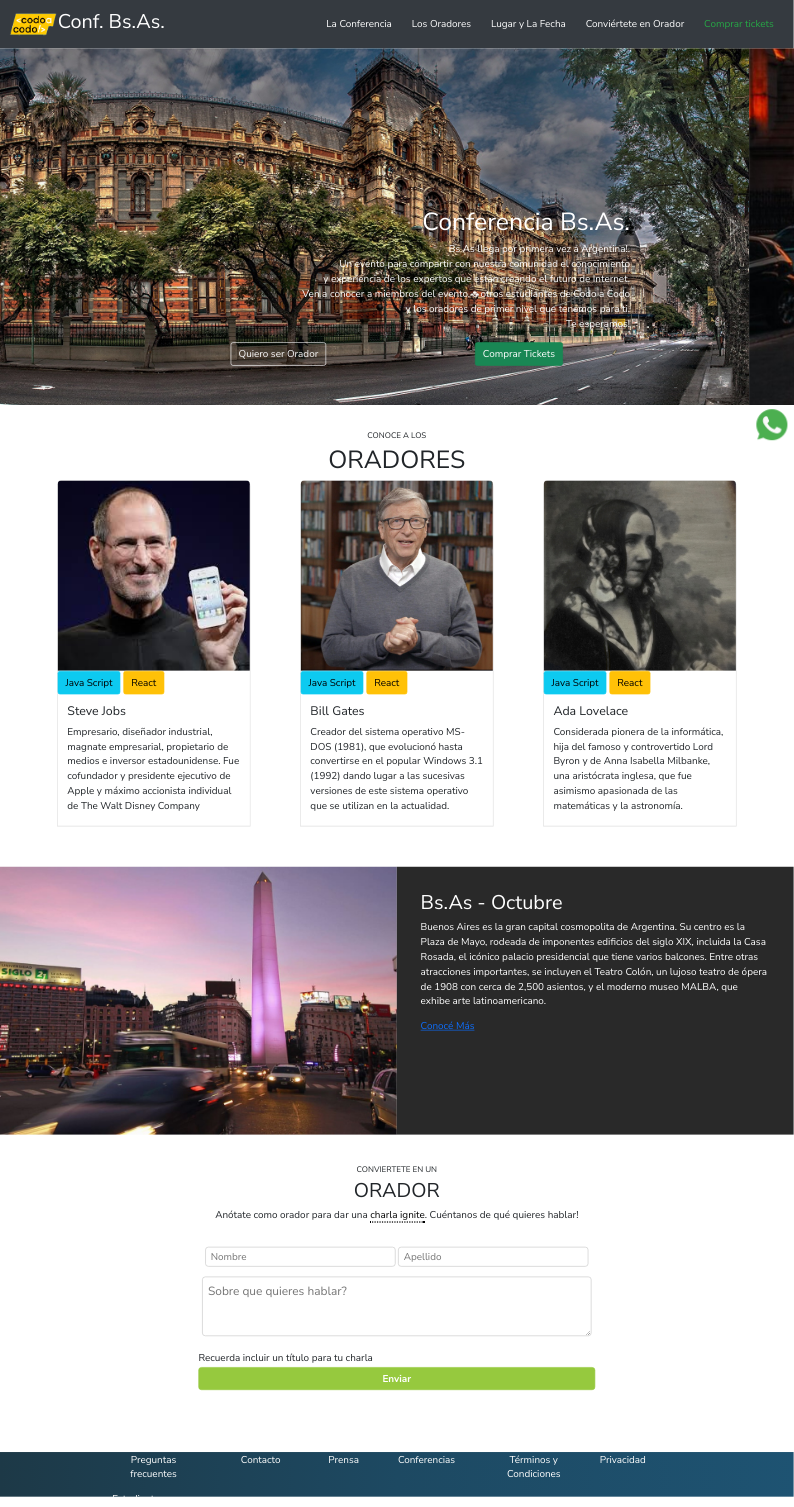
Repository: Melire/trabajo-final-BS
Page: index.html
An editor plug-in stored every save of this project. The page is shown before and after a run of saves, followed by the edit.
The browser window is 1280 px wide. The pictures show the whole page, at 62% of full size.

Above is the page before, as saved 2023-05-10 16:46:47.

### index.html
<!DOCTYPE html>
<html lang="es">

<head>
    <meta charset="UTF-8">
    <meta http-equiv="X-UA-Compatible" content="IE=edge">
    <meta name="viewport" content="width=device-width, initial-scale=1.0">
    <title>Proyecto Melisa Renovales Wolcan</title>
    <link rel="shortcut icon" href="favicon.ico" type="image/x-icon">
    <link href="https://cdn.jsdelivr.net/npm/bootstrap@5.0.2/dist/css/bootstrap.min.css" rel="stylesheet"
        integrity="sha384-EVSTQN3/azprG1Anm3QDgpJLIm9Nao0Yz1ztcQTwFspd3yD65VohhpuuCOmLASjC" crossorigin="anonymous">
    <link rel="stylesheet" href="./css/estilos3.css">

</head>

<body>
    <header class="header">
        <div class="headerNav">
            <div class="contenedorLogo">
                <a href="https://www.buenosaires.gob.ar/educacion/codo-codo" target="_blank">
                    <img src="./assets/img/codoacodo.png" alt="Logo">
                </a>
                <h2>Conf. Bs.As.</h2>
            </div>
            <!--barra de navegacion BS-->
            <nav>
                <ul class="nav">
                    <li class="nav-item">
                        <a class="nav-link active" aria-current="page" href="#laConferencia">La Conferencia</a>
                    </li>
                    <li class="nav-item">
                        <a class="nav-link" href="#losOradores">Los Oradores</a>
                    </li>
                    <li class="nav-item">
                        <a class="nav-link" href="#lugarYfecha">Lugar y La Fecha</a>
                    </li>
                    <li class="nav-item">
                        <a class="nav-link" href="#convierteteEnOrador">Conviértete en Orador</a>
                    </li>
                    <a class="nav-link color" href="./pages/comprar_tickets.html">Comprar tickets</a>
                    </li>
                </ul>
            </nav>

        </div>
        <!--comportamientos carrousel BS-->
        <section id="laConferencia" class="contenedorCarousel">
            <div id="carouselExampleCaptions" class="carousel slide" data-bs-ride="carousel">
                <div class="carousel-indicators">
                    <div class="carouselNone">
                        <button type="button" data-bs-target="#carouselExampleCaptions" data-bs-slide-to="0"
                            class="active" aria-current="true" aria-label="Slide 1"></button>
                        <button type="button" data-bs-target="#carouselExampleCaptions" data-bs-slide-to="1"
                            aria-label="Slide 2"></button>
                        <button type="button" data-bs-target="#carouselExampleCaptions" data-bs-slide-to="2"
                            aria-label="Slide 3"></button>
                    </div>

                    <!--botones carrousel-->
                    <nav class="container">
                        <div class="botonesCabecera">
                            <a href="#convierteteEnOrador" button type="button" class="btn btn-outline-light">Quiero ser
                                Orador</a>
                            <a href="./pages/comprar_tickets.html" button type="button" class="btn btn-success">Comprar
                                Tickets</a>
                        </div>
                    </nav>
                </div>
                <!--textos y fotos carrousel BS-->
                <div class="carousel-inner">
                    <div class="carousel-item active">
                        <img src="./assets/img/ba1.jpg" class="d-block w-100" alt="Palacio del agua">
                        <div class="carousel-caption d-none d-md-block">
                            <h5 class="texto"> Conferencia Bs.As.</h5>
                            <p> Bs As llega por primera vez a Argentina!.<br /> Un evento para compartir con nuestra
                                comunidad el conocimiento<br /> y experiencia de los expertos que están creando el
                                futuro de Internet.<br />
                                Ven a conocer a miembros del evento, a otros estudiantes de Codo a Codo<br /> y los
                                oradores de primer nivel que tenemos para ti.<br />Te esperamos!</p>
                        </div>
                    </div>
                    <div class="carousel-item">
                        <img src="./assets/img/ba2.jpg" class="d-block w-100" alt="obelisco">
                        <div class="carousel-caption d-none d-md-block">
                            <h5 class="texto">Paseos en bus</h5>
                            <p>Tenemos la mejor selección de tours en español en Argentina<br />
                                ¡y al mejor precio! Descubre todo lo que puedes hacer en la Ciudad de Buenos
                                Aires!<br />
                                Veni a conocer un mágico Buenos Aires<br /> Te invitamos a conocer las costumbres y
                                gastronomía de la vida porteña de antaño</p>
                        </div>
                    </div>
                    <div class="carousel-item">
                        <img src="./assets/img/ba3.jpg" class="d-block w-100" alt="Diagonal sur">
                        <div class="carousel-caption d-none d-md-block">
                            <h5 class="texto">Visitas guiadas en edificios históricos</h5>
                            <p>En nuestras caminatas guiadas,<br /> recorremos los edificios mas hermosos de la
                                ciudad,<br /> llenos de histrorias y misterios.<br /> No te lo pierdas!</p>
                        </div>
                    </div>
                </div>
                <button class="carousel-control-prev" type="button" data-bs-target="#carouselExampleCaptions"
                    data-bs-slide="prev">
                    <span class="carousel-control-prev-icon" aria-hidden="true"></span>
                    <span class="visually-hidden">Previous</span>
                </button>
                <button class="carousel-control-next" type="button" data-bs-target="#carouselExampleCaptions"
                    data-bs-slide="next">
                    <span class="carousel-control-next-icon" aria-hidden="true"></span>
                    <span class="visually-hidden">Next</span>
                </button>
            </div>
        </section>
    </header>
    <!--Oradores BS-->
    <main>
        <section id="losOradores" class="sectionOradores">
            <h2 class="tituloRadores"><span class=tituloCh>CONOCE A LOS</span> <br> ORADORES</h2>
            <div class="padreCards">
                <div class="row row-cols-1 row-cols-md-3 g-4">
                    <div class="col">
                        <div class="card h-100">
                            <img src="./assets/img/steve.jpg" class="card-img-top" alt="Steve Jobs">
                            <div class="buttonsCard">
                                <button type="button" class="btn btn-info">Java Script</button>
                                <button type="button" class="btn btn-warning">React</button>
                            </div>

                            <div class="card-body">
                                <h5 class="card-title">Steve Jobs</h5>
                                <p class="card-text">Empresario, diseñador industrial, magnate empresarial, propietario
                                    de medios e inversor
                                    estadounidense. Fue cofundador y presidente ejecutivo de Apple​ y máximo accionista
                                    individual de The Walt Disney Company</p>
                            </div>
                        </div>
                    </div>
                    <div class="col">
                        <div class="card h-100">
                            <img src="./assets/img/bill.jpg" class="card-img-top" alt="Bill Gates">
                            <div class="buttonsCard">
                                <button type="button" class="btn btn-info">Java Script</button>
                                <button type="button" class="btn btn-warning">React</button>
                            </div>
                            <div class="card-body">
                                <h5 class="card-title">Bill Gates</h5>
                                <p class="card-text">Creador del sistema operativo MS-DOS (1981), que evolucionó hasta
                                    convertirse en el popular
                                    Windows 3.1 (1992) dando lugar a las sucesivas versiones de este sistema operativo
                                    que se
                                    utilizan en la actualidad.</p>
                            </div>
                        </div>
                    </div>
                    <div class="col">
                        <div class="card h-100">
                            <img src="./assets/img/ada.jpeg" class="card-img-top" alt="Ada Lovelace">
                            <div class="buttonsCard">
                                <button type="button" class="btn btn-info">Java Script</button>
                                <button type="button" class="btn btn-warning">React</button>
                            </div>
                            <div class="card-body">
                                <h5 class="card-title">Ada Lovelace</h5>
                                <p class="card-text">Considerada pionera de la informática, hija del famoso y
                                    controvertido Lord Byron y de Anna
                                    Isabella Milbanke, una aristócrata inglesa, que fue asimismo apasionada de las
                                    matemáticas y
                                    la astronomía.</p>
                            </div>
                        </div>
                    </div>
                </div>
            </div>
        </section>
        <section id="lugarYfecha" class="container-fluid">
            <div class="row">
                <div class="col-sm-12 col-md-6 colIzq">

                </div>
                <div class="col-sm-12 col-md-6 colDer">
                    <h2>Bs.As - Octubre</h2>
                    <p>Buenos Aires es la gran capital cosmopolita de Argentina. Su centro es la Plaza de Mayo, rodeada
                        de imponentes edificios del siglo XIX, incluida la Casa Rosada, el icónico palacio presidencial
                        que tiene varios balcones. Entre otras atracciones importantes, se incluyen el Teatro Colón, un
                        lujoso teatro de ópera de 1908 con cerca de 2,500 asientos, y el moderno museo MALBA, que exhibe
                        arte latinoamericano.</p>
                    <a class="boton1" href="">Conocé Más</a>
                </div>
        </section>
        <section id="convierteteEnOrador" class="formularioOrador">
            <h2><span class="tituloCh"> CONVIERTETE EN UN </span> <br> ORADOR</h2>
            <p>Anótate como orador para dar una <a href="" class="charla">charla ignite</a>.
                Cuéntanos de qué quieres hablar!</p>
            <br>
            <form action="" autocomplete="on">
                <div>
                    <input class="inputNA" type="text" placeholder="Nombre" required>
                    <input class="inputNA" type="text" placeholder="Apellido" required>
                </div>
                <div>
                    <textarea class="textArea" name="" id="" cols="44" rows="6" placeholder="Sobre que quieres hablar?"
                        required></textarea>
                </div>
                <p class="finalForm">Recuerda incluir un título para tu charla</p>
                <div>
                    <input type="submit" value="Enviar" class="formSubmit">
                </div>
            </form>
        </section>
    </main>
    <!--footer BS-->
    <footer class="footer container-fluid mt-5">
        <div class="contenedorFooter row text-center gap-3 w-75 h-100 mx-auto">
            <a class="col-sm-12 col-md-2" href="#Preguntas frecuentes">Preguntas frecuentes</a>
            <a class="col-sm-12 col-md-2" href="#contacto">Contacto</a>
            <a class="col-sm-12 col-md-1" href="#prensa">Prensa</a>
            <a class="col-sm-12 col-md-2" href="#conferencias">Conferencias</a>
            <a class="col-sm-12 col-md-2" href="#condiciones">Términos y Condiciones</a>
            <a class="col-sm-12 col-md-1" href="#privacidad">Privacidad</a>
            <a class="col-sm-12 col-md-1" href="#estudiantes">Estudiantes</a>
        </div>
        <a href=""><img class="wsp" src="./assets/img/whatsapp.png" alt="what"></a>
    </footer>
    <script src="https://cdn.jsdelivr.net/npm/bootstrap@5.0.2/dist/js/bootstrap.bundle.min.js"
        integrity="sha384-MrcW6ZMFYlzcLA8Nl+NtUVF0sA7MsXsP1UyJoMp4YLEuNSfAP+JcXn/tWtIaxVXM"
        crossorigin="anonymous"></script>
</body>

</html>

### css/estilos3.css
@import url('https://fonts.googleapis.com/css2?family=Nunito+Sans:wght@400;600;700&display=swap');

* {
    margin: 0;
    padding: 0;
    box-sizing: border-box;
}

body {
    font-family: 'Nunito Sans', sans-serif;
}

.header {
    margin-bottom: 1rem;
}

.headerNav {
    background-color: rgb(53, 58, 64);
    display: flex;
    flex-wrap: wrap;
    justify-content: space-between;
    padding: 1rem 1rem;
    align-items: center;
}
.contenedorLogo {
    width: 20%;
    display: flex;
    align-items: center;
    justify-content: space-between;
}

.contenedorLogo a {
    display: inline-block;
    width: 30%;
}

.contenedorLogo img {
    width: 100%;
    object-fit: cover;
}

.contenedorLogo h2 {
    color: white;
}

.nav-link {
    color: white;
}

.color {
    color: rgb(39, 167, 70);
}

.contenedorCarousel {
    width: 100%;
    height: 80vh;
}

.contenedorCarousel img {
    height: 80vh;
    object-fit: cover;
}

.contenedorCarousel p {
    text-align:right;
    text-shadow: #000000;
    margin-bottom: 5rem;
}

.texto {
    font-size: 2.5rem;
    text-align: right;
}
.botonesCabecera {
    display:flex;
    flex-direction:row;
    justify-content: space-around;
    align-items: end;
   padding:3rem ;
}

.carouselNone
{
    display: none;
  }
.sectionOradores h2 {
    text-align: center;
}

.tituloCh {
    font-size: small;
}

.tituloRadores {
    font-size: 2.5rem;
}
.padreCards {
    width: 90%;
    margin: 0 auto;
    justify-content: center;
    align-items: center;
    flex-wrap: wrap;
    height: 90vh;

}
.card{

    width: 85%;
    margin: 0 auto;
    height: 90vh;
    column-gap: 4%;
    border-radius: 2% 2% 0px 0px;
}
.card img {

    height: 55%;
    border-radius: 2% 2% 0px 0px;

}

.buttonsCard{
color: white;
}
.colIzq {
    background-image: url("../assets/img/obelisco.jpg");
    background-size: cover;
    background-position: center;
    background-repeat: no-repeat;
    height: 60vh;
}

.colDer {
    background-color: rgb(41, 41, 41);
    color: white;
    height: 60vh;
    padding: 3%;
}

.formularioOrador {
    width: 50%;
    height: 60vh;
    margin: 2rem auto;
    text-align: center;
}

.formularioTicket {
    display: flex;
    width: 80%;
    height: 80vh;
    margin: 2rem auto;
    text-align: center;
    align-items: center;
    flex-direction: column;
}

.radio {
    text-align: left;
    padding: 5rem auto;
    font-size: 1rem;

}

.charla {
    text-decoration: none;
    color: black;
    border-bottom: 2px dotted black;
}

.inputNA {
    width: 48%;

    height: 2rem;
    margin-bottom: 1rem;
    border-radius: 5px;
    border: 1px solid rgb(198, 198, 198);
    padding-left: 0.5rem;
}

.textArea {
    width: 98%;
    height: 6rem;
    margin-bottom: 1rem;
    border-radius: 5px;
    border: 1px solid rgb(198, 198, 198);
    font-size: 1.2rem;
    padding: 0.5rem;
}

.finalForm {
    display: flex;
    text-align: left;
    font-size: smaller5;
    margin-bottom: 0.2rem;
}

.formSubmit {
    width: 100%;
    height: 2.3rem;
    border-radius: 5px;
    border: 1px solid rgb(150, 201, 62);
    background-color: rgb(150, 201, 62);
    color: white;
    font-weight: bold;
    font-size: 1rem;
    cursor: pointer;
    margin-bottom: 1rem;
}

.formSubmitb {
    width: 50%;
    height: 2rem;
    border-radius: 5px;
    border: 1px solid rgb(88, 88, 88);
    background-color: rgb(88, 88, 88);
    color: white;
    font-weight: bold;
    font-size: 1rem;
    cursor: pointer;
    margin-bottom: 1rem;

}

.wsp {
    position: fixed;
    bottom: 10px;
    right: 10px;
    width: 50px;
}

.footer {
    background: linear-gradient(to right, #1d3947, #1d4962, #1e5372);
    height: 10vh;
}

.contenedorFooter {
    width: 70%;
    height: 100%;
    margin: 0 auto;
}

.contenedorFooter a {
    color: white;
    text-decoration: none;
    font-size: 1 rem;
}

/*vamos a cargar ahora el diseño para celular*/
/*0 - 567px  */
/*
@media screen and (max-width: 567px) {
    .headerNav {
        background-color: rgb(56, 56, 56);
        flex-direction: column;
        align-items: center;
        justify-content: center;
        height: initial;
        padding: 1rem;
    }

    .contenedorLogo {
        width: 70%;
    }

    .contenedorLogo img {
        width: 70%;
        object-fit: cover;
    }

    .listaNav {
        flex-direction: column;
        align-items: center;
        justify-content: center;
        width: 100%;
    }

    .laConferencia {
        height: 60%;
        background: url("../assets/img/madero.jpg");
        background-size: cover;
        background-position: center;
        background-repeat: no-repeat;
        padding-right: initial;
        align-items: center;
        justify-content: center;

    }

    .contenedorTextConf {
        background: linear-gradient(to bottom, #000000c2, #000000c2);
        width: 100%;
        text-align: center;
        font-size: small;
    }

    .escritorio {
        display: none;
    }

    .padreCards {
        width: 90%;
        height: initial;
    }

    .card {
        border: 1px solid rgb(207, 202, 202);
        width: 300px;
        height: 90%;
        border-radius: 2%;
        margin-bottom: 1rem;
    }

    .colIzq {
        height: 30vh;
    }

    .colDer {
        height: 50vh;
        font-size: small;
    }

    .formularioOrador {
        height: initial;
    }

    .formularioTicket {
        height: initial;
    }

    .footer {
        height: initial;
        padding: 30px;
    }

    .wsp {
        position: fixed;
        bottom: 20px;
        right: 10px;
        width: 30px;
    }
}
/*

@media screen and (min-width: 568px) and (max-width:767px) {
    .headerNav {
        flex-direction: column;
        align-items: center;
        justify-content: center;
        height: initial;
        padding: 1rem 1rem;

    }

    .contenedorLogo {
        width: 50%;
    }

    .navegacion {
        width: 100%;
    }

    .listaNav {
        width: 100%;
        justify-content: space-evenly;
    }

    .linkNav {
        font-size: 1rem;
    }

    .contenedorTextConf {
        width: 90%;
    }

    .tituloRadores {
        margin-top: 4rem;
    }

    .padreCards {
        width: 90%;
        height: initial;
    }

    .card {
        border: 1px solid rgb(207, 202, 202);
        width: 300px;
        height: 90%;
        border-radius: 2%;
        margin-bottom: 1rem;
    }

    .lugarFecha {
        display: flex;
        align-items: center;
        height: 70vh;
        color: rgb(253, 253, 253);
        font-size: small;
        background: linear-gradient(to bottom, #00000026, #000000c2, #00000026), url("../assets/img/obelisco.jpg");
        background-size: cover;
        background-position: center;
        background-repeat: no-repeat;
    }

    .left {
        display: none;
    }

    .right {
        width: 100%;
        border-left: 1px solid white;
        padding: 2%;
    }

    .right h2 {
        margin-bottom: 1rem;
    }

    .right p {
        margin-bottom: 1rem;
        line-height: 1.7;
    }

    .formularioOrador {
        height: initial;
    }

    .formularioTicket {
        height: initial;
    }

    .wsp {
        position: fixed;
        bottom: 20px;
        right: 10px;
        width: 30px;
    }

    .contenedorFooter {
        width: 70%;
        height: 100%;
        margin: 0 auto;
        display: flex;
        justify-content: space-evenly;
        align-items: flex-start;
    }

    .contenedorFooter a {
        color: white;
        text-decoration: none;
        font-size: small;
        padding: 0.3rem;
        align-items: flex-start;
    }
}






@media screen and (min-width: 768px) and (max-width:991px) {

    .headerNav {
        flex-direction: column;
        align-items: center;
        justify-content: center;
        height: initial;
        padding: 1rem 1rem;

    }

    .contenedorLogo {
        width: 50%;
    }

    .navegacion {
        width: 100%;
    }

    .listaNav {
        width: 100%;
        justify-content: space-evenly;
    }

    .linkNav {
        font-size: 1.2rem;
    }

    .contenedorTextConf {
        width: 90%;
    }

    .tituloRadores {
        margin-top: 5rem;
    }

    .padreCards {
        width: 90%;
        height: initial;

    }

    .card {
        border: 1px solid rgb(207, 202, 202);
        width: 300px;
        height: 90%;
        border-radius: 2%;
        margin-bottom: 1rem;
    }

    .lugarFecha {
        display: flex;
        align-items: stretch;
        height: 60vh;
        background-color: rgb(41, 41, 41);
        color: white;
        font-size: small;

    }

    .formularioOrador {
        height: initial;
    }

    .formularioTicket {
        height: initial;
    }

    .wsp {
        position: fixed;
        bottom: 40px;
        right: 20px;
        width: 30px;
    }

    .contenedorFooter a {
        color: white;
        text-decoration: none;
        padding: 1rem;
        align-items: flex-start;
    }

}

@media screen and (min-width: 992px) and (max-width:1299px) {
    .headerNav {
        padding: 1rem 1rem;
    }

    .contenedorLogo {
        width: 20%;
    }

    .navegacion {
        margin-left: 20px;
        width: 65%;
    }

    .padreCards {
        width: 90%;
        height: initial;
    }

    .card {
        margin-bottom: 1rem;
    }

    .lugarFecha {
        font-size: small;

    }

    .formularioOrador {
        height: initial;
    }

    .formularioTicket {
        height: initial;
    }

    .wsp {
        position: fixed;
        bottom: 40px;
        right: 20px;
        width: 40px;
    }

    .contenedorFooter a {
        color: white;
        text-decoration: none;
        padding: 1rem;
        align-items: flex-start;
    }

}

/*
@media screen and (min-width: 1300px) and (max-width:1399px) {
    .headerNav {
        background-color: rgb(229, 255, 0);
        padding: 1rem 1rem;
    }

    .contenedorLogo {
        width: 20%;
    }

    .navegacion {
        margin-left: 20px;
        width: 65%;
    }

    .padreCards {
        width: 90%;
        height: initial;
    }

    .card {
        margin-bottom: 1rem;
    }

    .lugarFecha {
        font-size: small;

    }

    .formularioOrador {
        height: initial;
    }
    .formularioTicket {
        height: initial;
    }
    .wsp {
        position: fixed;
    bottom:40px;
        right: 20px;
        width: 40px;
    }

    .contenedorFooter {
        width: 70%;
        height: 100%;
        margin: 0 auto;
        display: flex;
        justify-content: space-evenly;

    }

    .contenedorFooter a {
        color: white;
        text-decoration: none;
        padding: 1rem;
        align-items: flex-start;
    }
}

/*otra opcion
/*celulares
@media screen and (max-width: 767px){

}
/*algunas tablets y notebook
@media screen and (min-width: 768px) and (max-width:1399px) {

}

*/

After the next 4 saves:
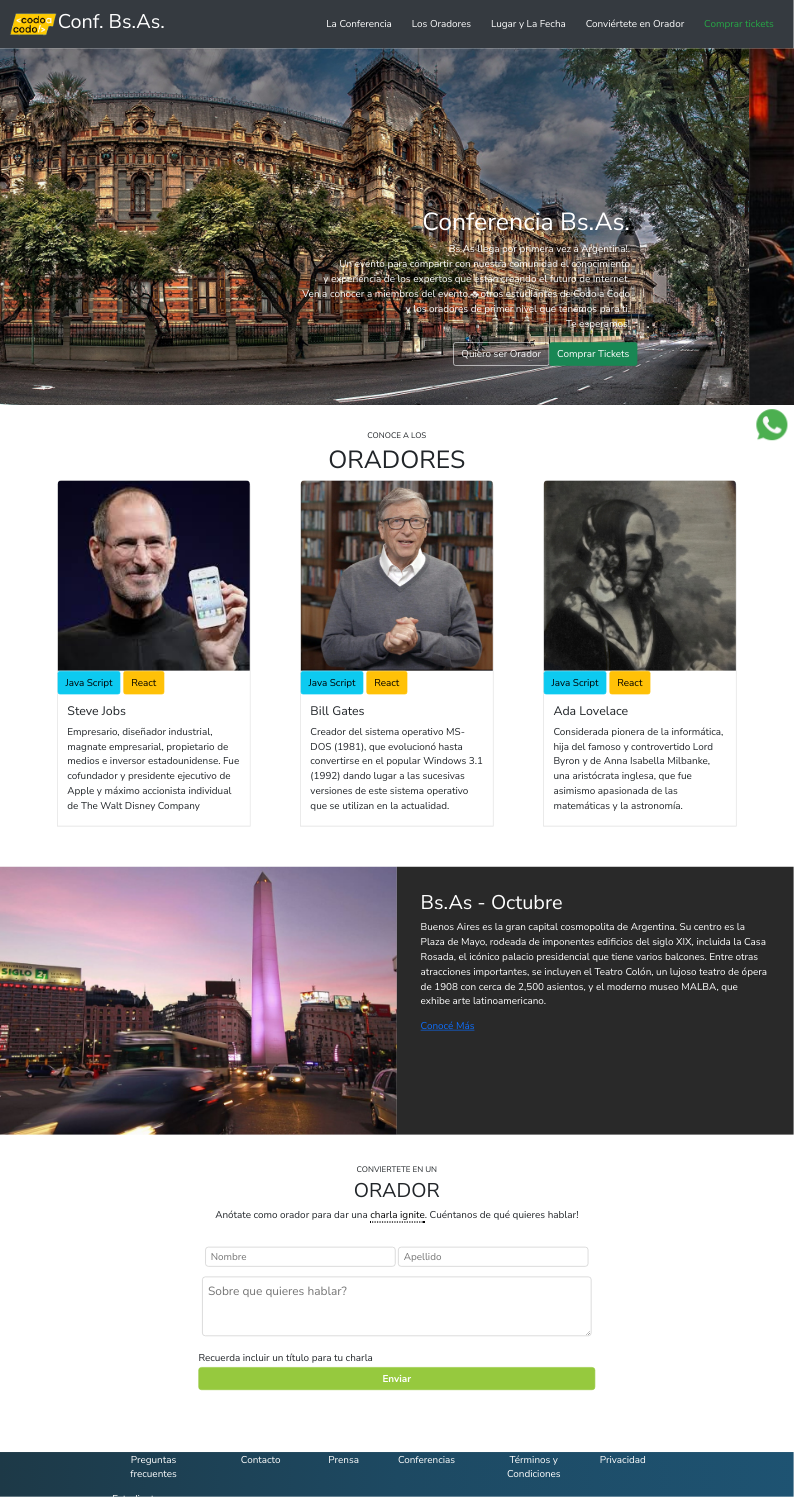
The 4 saves are shown as one change because they came seconds apart.
The last was saved 36 s later.
--- a/css/estilos3.css
+++ b/css/estilos3.css
@@ -74,7 +74,7 @@
 .botonesCabecera {
     display:flex;
     flex-direction:row;
-    justify-content: space-around;
+    justify-content:flex-end;
     align-items: end;
    padding:3rem ;
 }
